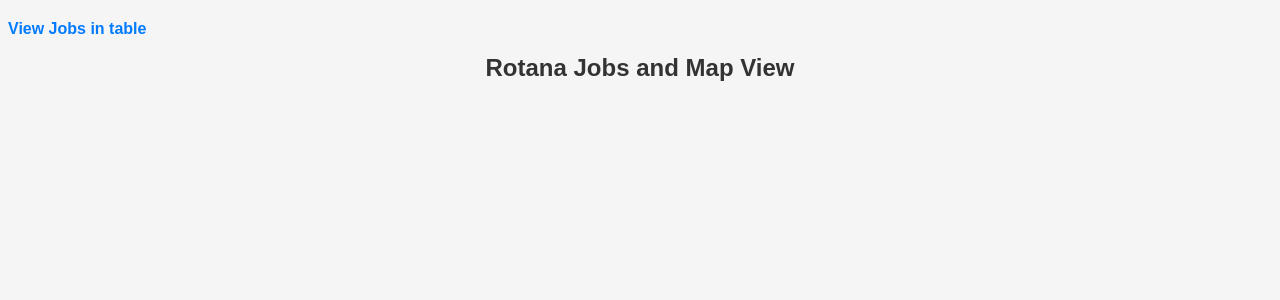
Repository: Reham28/RotanaJobs
Page: public/map.html
These files come from the project's save history. The page is drawn as it stood at one moment and after the next save; the edit follows.
The browser window is 1280 px wide. The pictures show the whole page.

Above is the page before, as saved 2023-09-16 19:19:33.

### public/map.html
<!DOCTYPE html>
<html lang="en">
<head>
  <meta charset="UTF-8">
  <meta name="viewport" content="width=device-width, initial-scale=1.0">
  <title>Rotana Job Map View</title>
  <link rel="stylesheet" href="style.css">
</head>
<body>
    <div class="top-bar">
    <div class="nav-link">
        <a href="index.html">View Jobs in table</a>
      </div>
    </div>
  <h1>Rotana Jobs and Map View</h1>
  <div id="map"></div>

  <script src="map.js"></script>
</body>
</html>

### public/style.css
body {
    font-family: Arial, sans-serif;
  }

  h1 {
    text-align: center;
  }

  table {
    border-collapse: collapse;
    width: 50%;
    margin: 0 auto;
  }

  th, td {
    border: 1px solid #ddd;
    padding: 8px;
    text-align: left;
  }

  tr:nth-child(even) {
    background-color: #f2f2f2;
  }

  #map {
    height: 500px;
    width: 80%;
    margin: 0 auto;
  }

  body {
    font-family: Arial, sans-serif;
    background-color: #f5f5f5;
  }

  .container {
    background-color: #fff;
    border-radius: 10px;
    box-shadow: 0 0 20px rgba(0, 0, 0, 0.1);
    padding: 10px;
    max-width: 800px;
    margin: 10px auto;
  }

  h1 {
    text-align: center;
    font-size: 24px;
    color: #333;
  }

  table {
    width: 90%;
    border-collapse: collapse;
    margin-top: 20px;
    background-color: #f9f9f9;
    border-radius: 8px;
  }

  th, td {
    padding: 6px 6px;
    text-align: left;
  }

  th {
    background-color: #007bff;
    color: #fff;
  }

  tr:nth-child(even) {
    background-color: #f3f0f0;
  }

  tr:hover {
    background-color: #ddd;
  }
  /**/
  .top-bar {
    display: flex;
    justify-content: space-between;
    align-items: center;
    margin-top: 20px;
    margin-right: 20px;
  }

  .search {
    display: flex;
    align-items: center;
  }

  .search input {
    padding: 8px;
    margin-right: 10px;
  }

  .search button {
    padding: 8px 16px;
  }

  .nav-link a {
    text-decoration: none;
    font-weight: bold;
    font-size: 16px;
    color: #007bff;
  }

  .nav-link a:hover {
    color: #0056b3;
  }

### public/map.js
function initMap() {
    fetch('/jobs')
      .then(response => response.json())
      .then(data => {
        const map = new google.maps.Map(document.getElementById('map'), {
          center: { lat: 0, lng: 0 },
          zoom: 2
        });

        data.forEach(job => {
          const infowindow = new google.maps.InfoWindow({
            content: `<h3>${job.title}</h3><p>${job.location}</p>`
          });

          const geocoder = new google.maps.Geocoder();
          geocoder.geocode({ address: job.location }, (results, status) => {
            if (status === 'OK' && results[0]) {
              const marker = new google.maps.Marker({
                position: results[0].geometry.location,
                map: map,
                title: job.title
              });

              marker.addListener('click', () => {
                infowindow.open(map, marker);
              });
            }
          });
        });
      })
      .catch(error => console.error('Error:', error));
  }

After the next save:
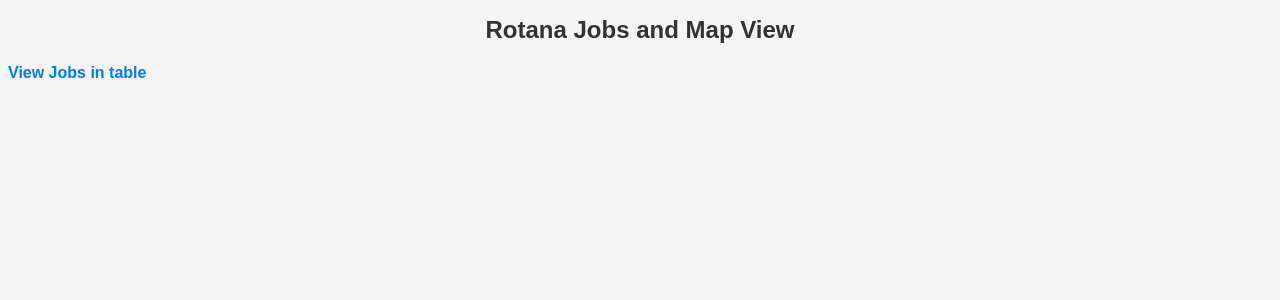
Saved 57 s later.
--- a/public/map.html
+++ b/public/map.html
@@ -7,12 +7,13 @@
   <link rel="stylesheet" href="style.css">
 </head>
 <body>
+    <h1>Rotana Jobs and Map View</h1>
     <div class="top-bar">
     <div class="nav-link">
         <a href="index.html">View Jobs in table</a>
       </div>
     </div>
-  <h1>Rotana Jobs and Map View</h1>
+
   <div id="map"></div>
 
   <script src="map.js"></script>
